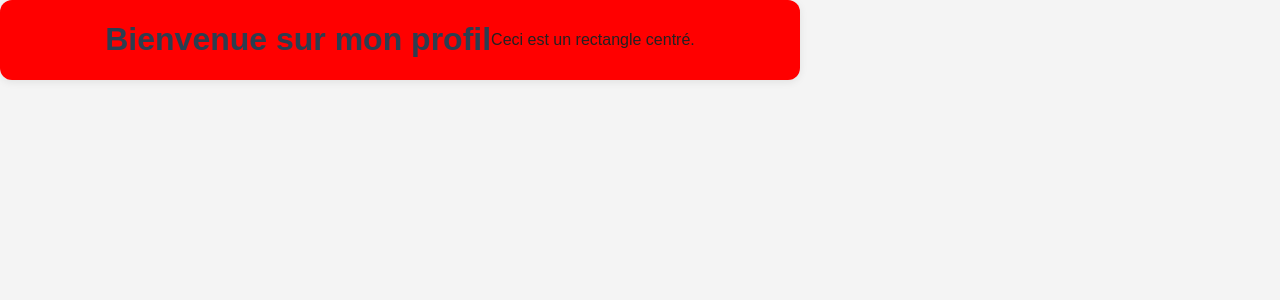
Repository: quadrinex/profile
Page: index.html
An editor plug-in stored every save of this project. The page is shown before and after the next save, followed by the edit.
The browser window is 1280 px wide. The pictures show the whole page.

Above is the page before, as saved 2025-06-30 16:05:07.

### index.html
<!DOCTYPE html>
<html lang="fr">
<head>
    <meta charset="UTF-8">
    <meta name="viewport" content="width=device-width, initial-scale=1.0">
    <title>Mon Profil</title>
    <link rel="stylesheet" href="main.css">
</head>
<body>
    <!-- ...votre contenu ici... -->
    <div class="container">
        <h1>Bienvenue sur mon profil</h1>
        <p>Ceci est un rectangle centré.</p>
    </div>
</body>
</html>

### main.css
body {
    font-family: Arial, sans-serif;
    background: #f4f4f4;
    margin: 0;
    padding: 0;
    color: #222;
}

h1, h2, h3 {
    color: #2c3e50;
}

a {
    color: #3498db;
    text-decoration: none;
}

a:hover {
    text-decoration: underline;
}

.container {
    max-width: 800px;
    margin: center;
    background: #ff0000;
    border-radius: 12px;
    box-shadow: 0 2px 8px rgba(0,0,0,0.08);
    display: flex;
    justify-content: center;
    align-items: center;
}

After the next save:
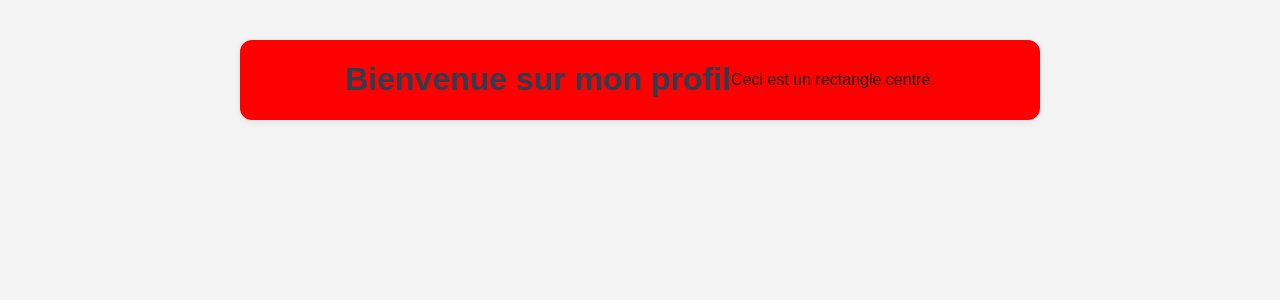
Saved 11 s later.
--- a/main.css
+++ b/main.css
@@ -21,7 +21,7 @@ a:hover {
 
 .container {
     max-width: 800px;
-    margin: center;
+    margin: 40px auto;
     background: #ff0000;
     border-radius: 12px;
     box-shadow: 0 2px 8px rgba(0,0,0,0.08);
